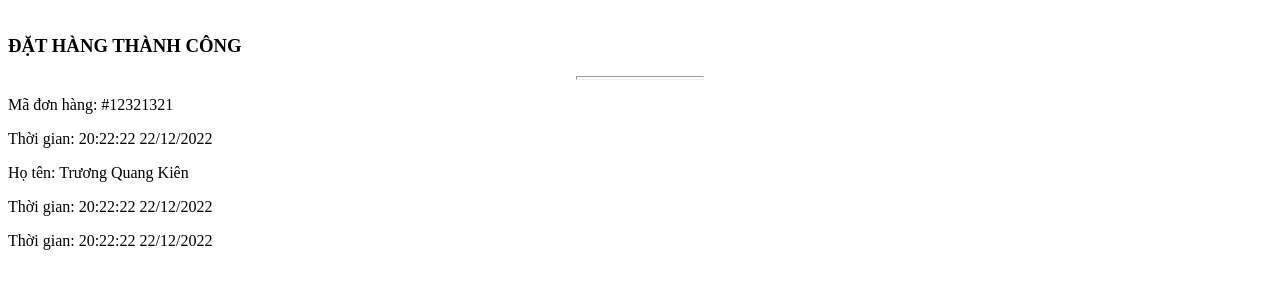
Repository: kienkiddo/BaiTapWebBanHang
Page: http://localhost/LapTrinhWebsite/home/view/thanks.jsp
The author's editor kept a copy of each file at every save. The page is drawn from the files as they stood at one save, then again after a run of saves.
The browser window is 1280 px wide. The pictures show the whole page.
The page is served by Tomcat 9. Other server files are loaded and not shown.

Above is the page before, as saved 2022-05-11 13:53:36.

### LapTrinhWebsite/src/main/webapp/home/view/thanks.jsp
<%@ page contentType="text/html; charset=UTF-8"%>
<%@ taglib prefix="c" uri="http://java.sun.com/jsp/jstl/core"%>
<%@ taglib prefix="fmt" uri="http://java.sun.com/jsp/jstl/fmt"%>

<div class="container" style="margin-top: 35px">
	<div class="row">
		<div class="col">
			<h3 class="text-center">ĐẶT HÀNG THÀNH CÔNG</h3>
			<hr style="width: 10%; height: 2px" class="color-main">
			<div class="container pt-4">
				<p class="mb-0">
					Mã đơn hàng: <span class="font-weight-bold">#12321321</span>
				</p>
					<p class="mb-0">
					Thời gian: <span class="font-weight-bold">20:22:22 22/12/2022</span>
				</p>
				<p class="mb-0">
					Họ tên: <span class="font-weight-bold">Trương Quang Kiên</span>
				</p>
				<p class="mb-0">
					Thời gian: <span class="font-weight-bold">20:22:22 22/12/2022</span>
				</p>
				<p class="mb-0">
					Thời gian: <span class="font-weight-bold">20:22:22 22/12/2022</span>
				</p>

			</div>
		</div>
	</div>
</div>

### LapTrinhWebsite/src/main/java/commom/Security.java
package commom;

import java.math.BigInteger;
import java.security.MessageDigest;
import java.util.UUID;

import javax.servlet.http.Cookie;
import javax.servlet.http.HttpServletResponse;

import model.User;

public class Security {

	public static String getMd5(String s) {
		try {
			byte[] bytesOfMessage = s.getBytes("UTF-8");
			MessageDigest md = MessageDigest.getInstance("MD5");
			byte[] theMD5digest = md.digest(bytesOfMessage);
			BigInteger no = new BigInteger(1, theMD5digest);

			String hashtext = no.toString(16);
			while (hashtext.length() < 32) {
				hashtext = "0" + hashtext;
			}
			return hashtext;
		} catch (Exception e) {
			e.printStackTrace();
		}
		return "";
	}


	public static void setCookieLogin(String user, String pass, String hashkey, HttpServletResponse response) {
		Cookie cookie = new Cookie("email", user);
		cookie.setMaxAge(60 * 60 * 24 * 90);
		Cookie cookie2 = new Cookie("pass", pass);
		cookie2.setMaxAge(60 * 60 * 24 * 90);
		Cookie cookie3 = new Cookie("hashkey", hashkey);
		cookie3.setMaxAge(60 * 60 * 24 * 90);

		response.addCookie(cookie);
		response.addCookie(cookie2);
		response.addCookie(cookie3);
	}

	public static void deleteCookieLogin(HttpServletResponse response) {
		Cookie cookie = new Cookie("email", "");
		cookie.setMaxAge(0);
		Cookie cookie2 = new Cookie("pass", "");
		cookie2.setMaxAge(0);
		Cookie cookie3 = new Cookie("hashkey", "");
		cookie3.setMaxAge(0);

		response.addCookie(cookie);
		response.addCookie(cookie2);
		response.addCookie(cookie3);
	}

	public static String creatHashkey() {
		return UUID.randomUUID().toString();
	}


	public static void setHashkey(String hashkey, HttpServletResponse response) {
		Cookie cookie = new Cookie("hashkey", hashkey);
		cookie.setMaxAge(60 * 60 * 24 * 90);
		response.addCookie(cookie);
	}

	public static String getHashkey(Cookie[] cookies) {
		if (cookies == null) {
			return null;
		}
		for (int i = 0; i < cookies.length; i++) {
			String name = cookies[i].getName();
			String value = cookies[i].getValue();
			if (name.equals("hashkey")) {
				return value;
			}
		}
		return null;
	}

	public static void removeHashkey(HttpServletResponse response) {
		Cookie cookie = new Cookie("hashkey", "");
		cookie.setMaxAge(0);
		response.addCookie(cookie);
	}

}

After the next 2 saves:
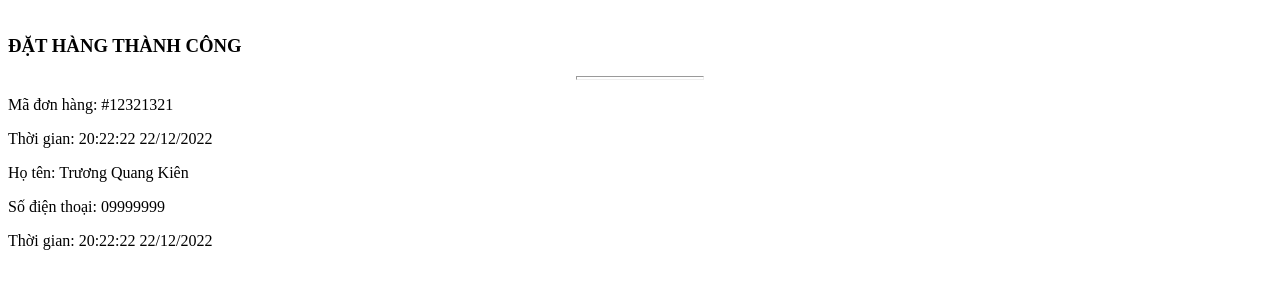
The 2 saves are shown as one change because they came seconds apart.
The last was saved 8 s later.
--- a/LapTrinhWebsite/src/main/webapp/home/view/thanks.jsp
+++ b/LapTrinhWebsite/src/main/webapp/home/view/thanks.jsp
@@ -18,7 +18,7 @@
 					Họ tên: <span class="font-weight-bold">Trương Quang Kiên</span>
 				</p>
 				<p class="mb-0">
-					Thời gian: <span class="font-weight-bold">20:22:22 22/12/2022</span>
+					Số điện thoại: <span class="font-weight-bold">09999999</span>
 				</p>
 				<p class="mb-0">
 					Thời gian: <span class="font-weight-bold">20:22:22 22/12/2022</span>
